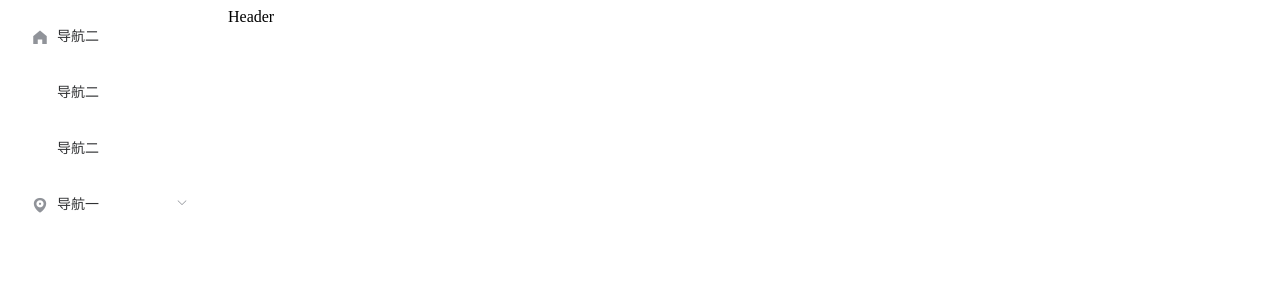
Repository: ldqml/ldqml.github.io
Page: /
The author's editor kept a copy of each file at every save. The page is drawn from the files as they stood at one save, then again after the next save.
The browser window is 1280 px wide. The pictures show the whole page.
The project was rebuilt for these pictures with package versions that can differ from the ones it lists, and the page was loaded fresh each time. Also part of the build but not shown: vue.config.js, src/views/User.vue, src/views/Home.vue.

Above is the page before, as saved 2022-10-30 23:21:54.

After the next save:
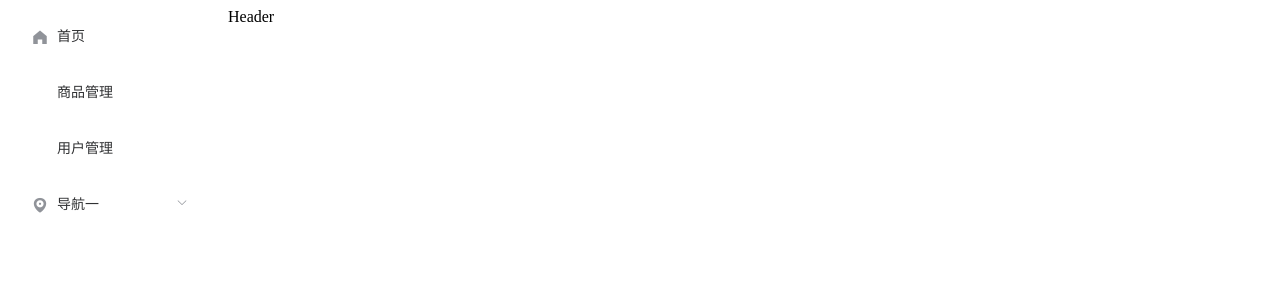
Saved 2 min 36 s later.
--- a/src/components/ComAside.vue
+++ b/src/components/ComAside.vue
@@ -8,7 +8,7 @@
   >
     <el-menu-item v-for="item in noChildren" :key='item.name' :index="item.name">
       <i :class="`el-icon-${item.icon}`"></i>
-      <span slot="title">导航二</span>
+      <span slot="title">{{item.label}}</span>
     </el-menu-item>
     <el-submenu index="1">
       <template slot="title">
